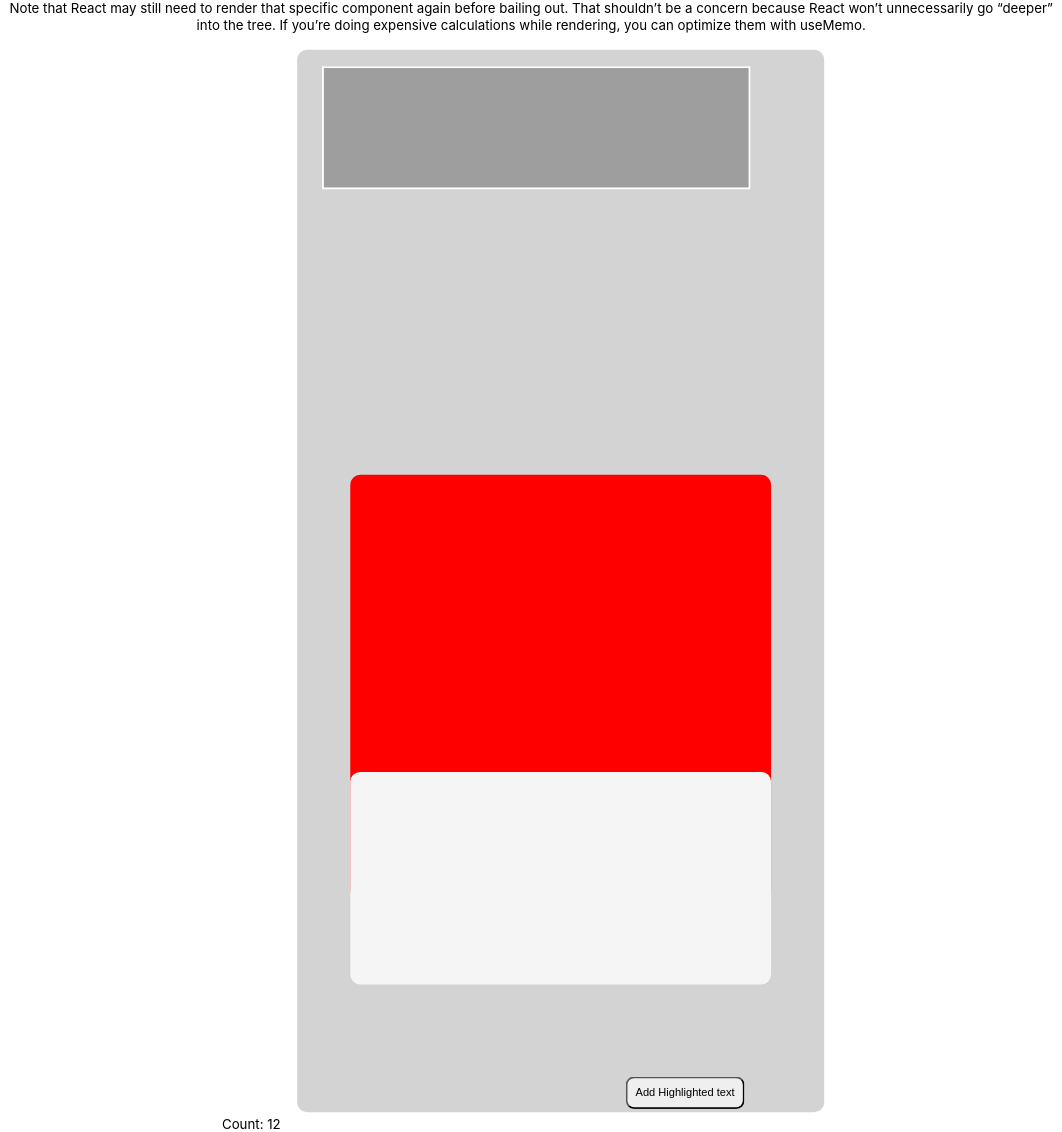
Repository: Farbod29/React-text-highlighter-with-hook-
Page: /
An editor plug-in stored every save of this project. The page is shown before and after the next save, followed by the edit.
The browser window is 1280 px wide. The pictures show the whole page, at 83% of full size.
Pictures or frames that could not be fetched are drawn as grey boxes. The project was rebuilt for these pictures with package versions that can differ from the ones it lists, and the page was loaded fresh each time.

Above is the page before, as saved 2022-02-18 23:07:31.

After the next save:
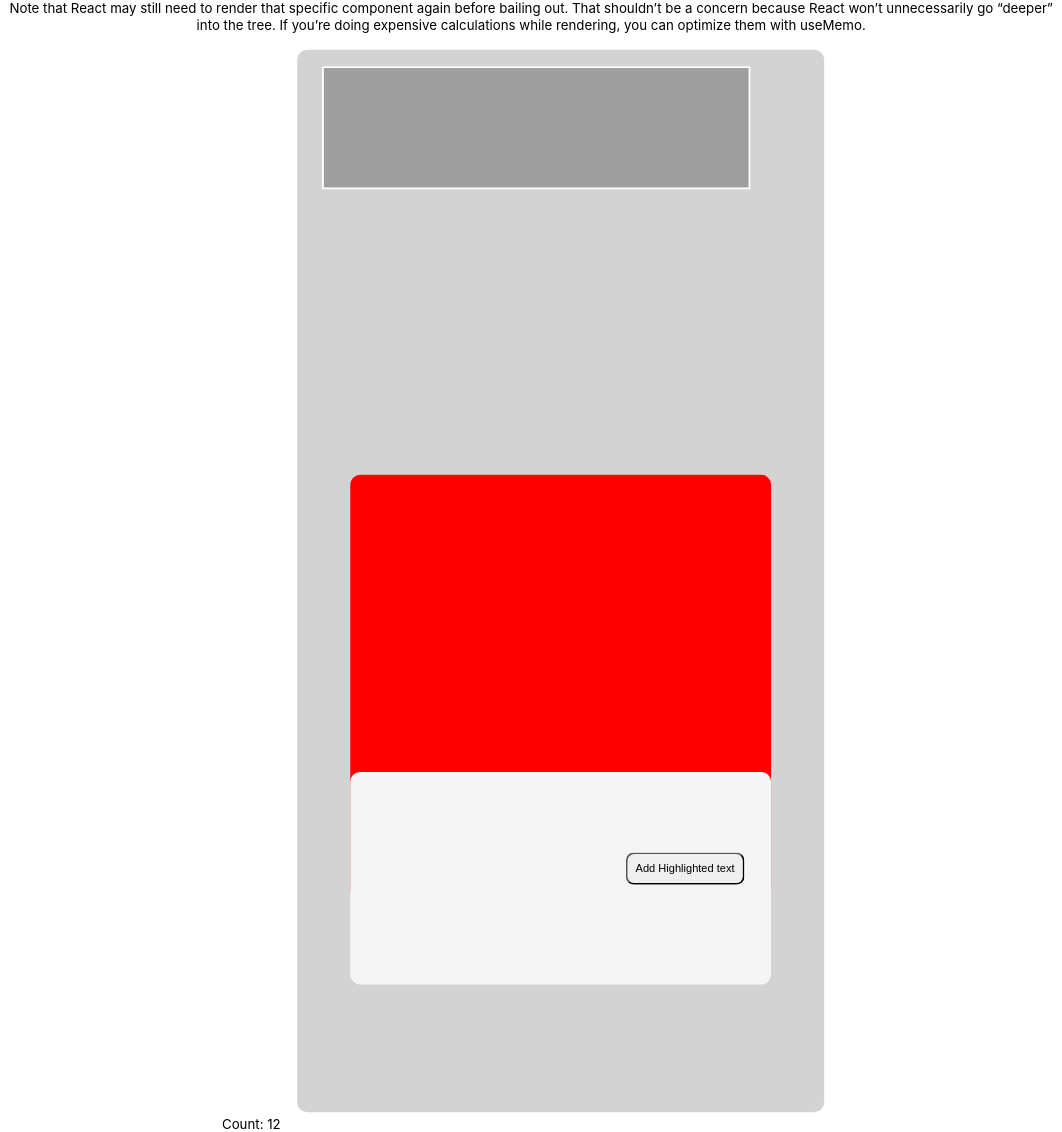
Saved 8 s later.
--- a/src/highlighter.js
+++ b/src/highlighter.js
@@ -79,7 +79,7 @@ export default function Highlighter() {
             left: '25vw',
             right: '2vw',
             width: '23vw',
-            height: '30px',
+            height: '300px',
           }}
         >
           <button
